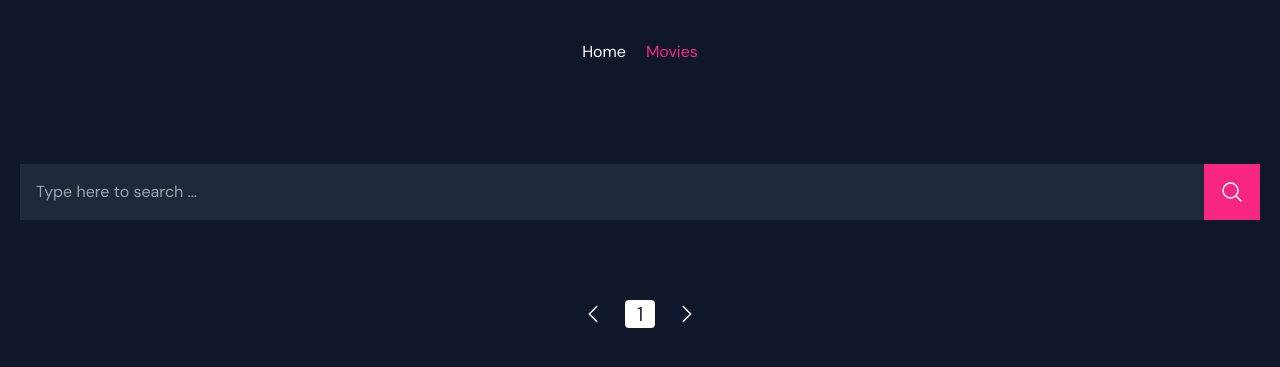
Repository: thanhdinh01/simple-movie
Page: /movies
An editor plug-in stored every save of this project. The page is shown before and after the next save, followed by the edit.
The browser window is 1280 px wide. The pictures show the whole page.
The page's requests for data from a server got no answer. The project was rebuilt for these pictures with package versions that can differ from the ones it lists, and the page was loaded fresh each time. No one was signed in, and anything a server would have sent is missing. Also part of the build but not shown: src/components/banner/Banner.js, src/components/movie/MovieCard.js, src/components/movie/MovieList.js, src/pages/HomePage.js, src/pages/MovieDetailPage.js.

Above is the page before, as saved 2023-03-01 11:33:36.

After the next save:
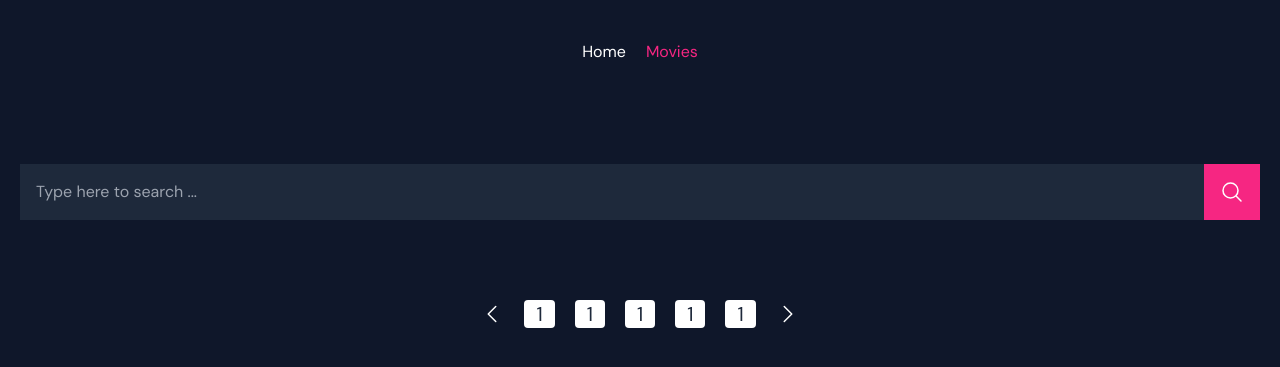
Saved 48 s later.
--- a/src/pages/MoviePage.js
+++ b/src/pages/MoviePage.js
@@ -98,9 +98,11 @@ const MoviePage = () => {
             />
           </svg>
         </span>
-        <span className="cursor-pointer bg-white text-slate-800 px-3 py-1 rounded leading-none text-xl">
-          1
-        </span>
+        {new Array(pageQuantity).fill(0).map((item, index) => (
+          <span className="cursor-pointer bg-white text-slate-800 px-3 py-1 rounded leading-none text-xl">
+            1
+          </span>
+        ))}
         <span className="cursor-pointer">
           <svg
             xmlns="http://www.w3.org/2000/svg"
